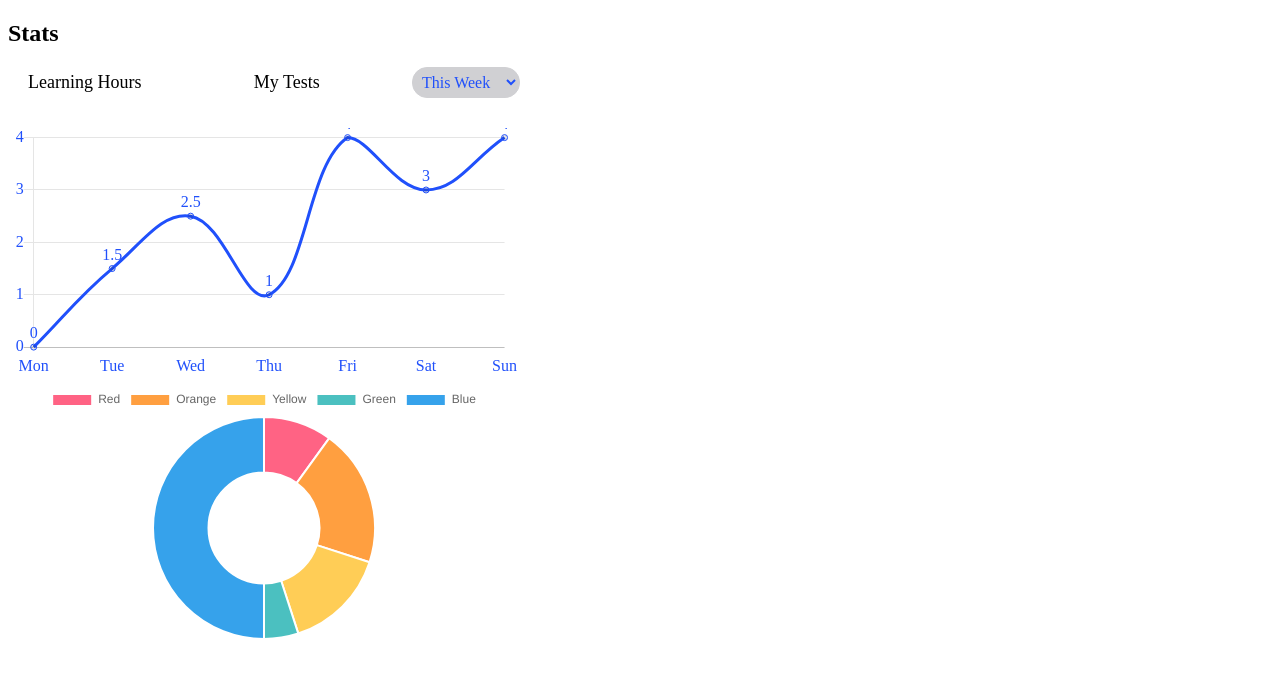
Repository: rafalzacher1/smartify-interface
Page: graphs/learning_graph.html
The author's editor kept a copy of each file at every save. The page is drawn from the files as they stood at one save, then again after the next save.
The browser window is 1280 px wide. The pictures show the whole page.
Some web fonts or font styles are not loaded; a fallback is used. Some web libraries are served in a nearby version.

Above is the page before, as saved 2022-06-30 01:14:11.

After the next save:
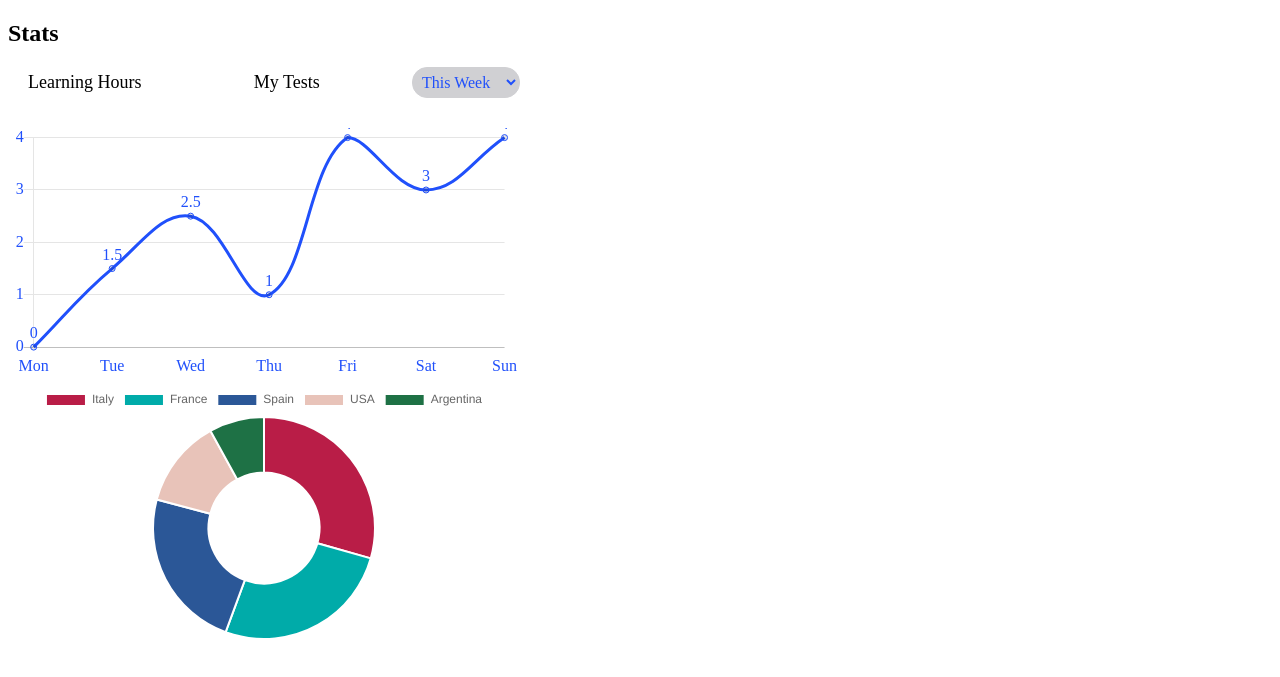
Saved 7 s later.
--- a/graphs/scripts/tests.js
+++ b/graphs/scripts/tests.js
@@ -28,33 +28,7 @@ var testsOption = {
 
 var ctx = document.getElementById("tests").getContext("2d");
 var LearningHoursChar = new Chart(ctx, {
-  //   type: "doughnut", // Define chart type
-  //   data: testsData, // Chart data
-  //   options: testsOption, // Chart Options [This is optional paramenter use to add some extra things in the chart].
-
-  type: "doughnut",
-  data: {
-    datasets: [
-      {
-        data: [10, 20, 15, 5, 50],
-        backgroundColor: [
-          "rgb(255, 99, 132)",
-          "rgb(255, 159, 64)",
-          "rgb(255, 205, 86)",
-          "rgb(75, 192, 192)",
-          "rgb(54, 162, 235)",
-        ],
-      },
-    ],
-    labels: ["Red", "Orange", "Yellow", "Green", "Blue"],
-  },
-  options: {
-    plugins: {
-      datalabels: {
-        formatter: (value) => {
-          return value + "%";
-        },
-      },
-    },
-  },
+  type: "doughnut", // Define chart type
+  data: testsData, // Chart data
+  options: testsOption, // Chart Options [This is optional paramenter use to add some extra things in the chart].
 });
